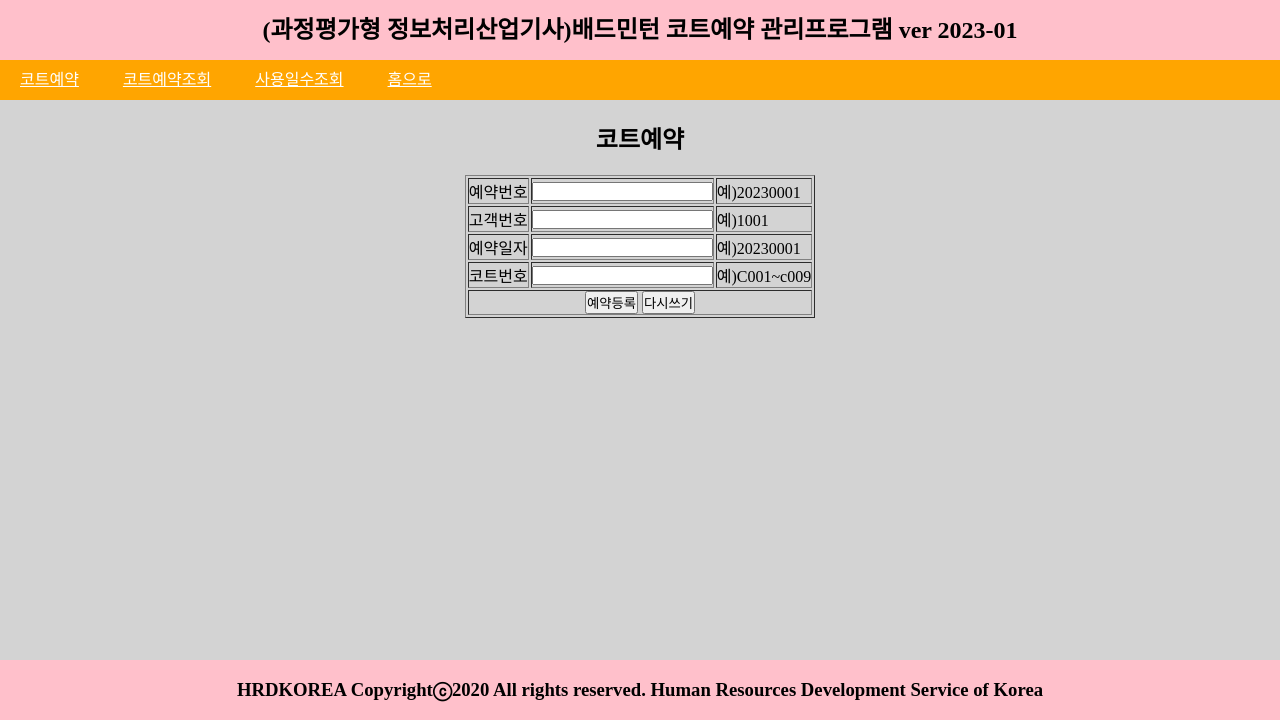
Repository: smh070519/school_project
Page: http://localhost/task/insert.jsp
The author's editor kept a copy of each file at every save. The page is drawn from the files as they stood at one save, then again after the next save.
The browser window is 1280 px wide. The pictures show the whole page.
The page is served by Tomcat 9. Other server files are loaded and not shown.

Above is the page before, as saved 2025-08-14 00:22:27.
Not found: task/task/script.js

### task/src/main/webapp/insert.jsp
<%@ page language="java" contentType="text/html; charset=UTF-8"
    pageEncoding="UTF-8"%>
<!DOCTYPE html>
<html>
<head>
<meta charset="UTF-8">
<title>insert</title>
<style>
	*{
		margin : 0;
		padding : 0;
	}


	section{
		width: 100%;
		height: calc(100vh - 160px);
		background-color: lightgray;
	}
	section h2{
		text-align: center;
		padding: 20px;
	}
	section form{
		display: flex;
		justify-content: center;
	}

</style>
</head>
<body>
	<jsp:include page="header.jsp"></jsp:include>
	<jsp:include page="nav.jsp"></jsp:include>
	<section>
		<h2> 코트예약 </h2>
		<form name="frm" method="post" action="insert">
			<table border="1">
				<tr>
					<td>예약번호</td>
					<td><input type="text" name="resv_no"></td>
					<td>예)20230001</td>
				</tr>
				<tr>
					<td>고객번호</td>
					<td><input type="text" name="cust_no"></td>
					<td>예)1001</td>
				</tr>
				<tr>
					<td>예약일자</td>
					<td><input type="text" name="resv_date"></td>
					<td>예)20230001</td>
				</tr>
				<tr>
					<td>코트번호</td>
					<td><input type="text" name="court_no"></td>
					<td>예)C001~c009</td>
				</tr>
				<tr>
					<td colspan="3" style="text-align:center">
						<input type="button" value="예약등록" onclick="checkResv()">
						<input type="button" value="다시쓰기" onclick="resetResv()">
					</td>
				</tr>
			</table>
		</form>
	</section>
	<jsp:include page="footer.jsp"></jsp:include>
	<script type="text/javascript" src="script.js"></script>
</body>
</html>

### task/src/main/webapp/header.jsp
<%@ page language="java" contentType="text/html; charset=UTF-8"
    pageEncoding="UTF-8"%>
<!DOCTYPE html>
<html>
<head>
<meta charset="UTF-8">
<title>header</title>
<style>
header{
		width: 100%;
		height: 60px;
		background-color: pink;
		text-align: center;
		line-height: 60px;
	}


</style>
</head>
<body>
<header>
		<h2>(과정평가형 정보처리산업기사)배드민턴 코트예약 관리프로그램 ver 2023-01</h2>
	</header>
</body>
</html>

### task/src/main/webapp/nav.jsp
<%@ page language="java" contentType="text/html; charset=UTF-8"
	pageEncoding="UTF-8"%>
<!DOCTYPE html>
<html>
<head>
<meta charset="UTF-8">
<title>nav</title>
<style>
nav {
	width: 100%;
	height: 40px;
	background-color: orange;
	line-height: 40px;
}

nav a {
	color: white;
	padding: 0 20px;
}
</style>
</head>
<body>
	<nav>
		<a href="insert.jsp">코트예약</a>
		<a href="resvlist.jsp">코트예약조회</a>
		<a href="count.jsp">사용일수조회</a>
		<a href="index.jsp">홈으로</a>
	</nav>
</body>
</html>

### task/src/main/webapp/footer.jsp
<%@ page language="java" contentType="text/html; charset=UTF-8"
    pageEncoding="UTF-8"%>
<!DOCTYPE html>
<html>
<head>
<meta charset="UTF-8">
<title>footer</title>
<style>
	footer{
		width: 100%;
		height: 60px;
		background-color: pink;
		text-align: center;
		line-height: 60px;
	}
</style>
</head>
<body>
<footer>
		<h3>HRDKOREA Copyrightⓒ2020 All rights reserved. Human Resources Development Service of Korea</h3>
	</footer>
</body>
</html>

After the next save:
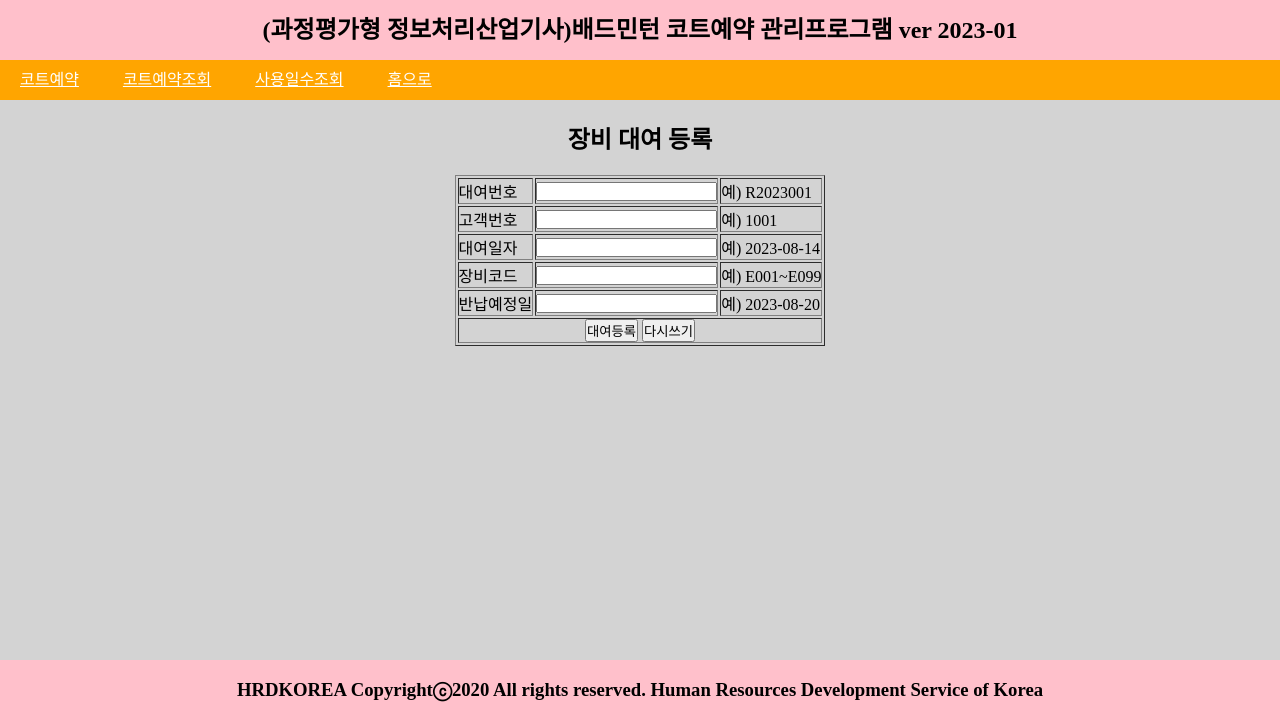
Not found: task/task/equipmentScript.js
Saved 115 s later.
--- a/task/src/main/webapp/insert.jsp
+++ b/task/src/main/webapp/insert.jsp
@@ -4,67 +4,74 @@
 <html>
 <head>
 <meta charset="UTF-8">
-<title>insert</title>
+<title>장비 대여</title>
 <style>
-	*{
-		margin : 0;
-		padding : 0;
-	}
+    * {
+        margin: 0;
+        padding: 0;
+    }
 
+    section {
+        width: 100%;
+        height: calc(100vh - 160px);
+        background-color: lightgray;
+    }
 
-	section{
-		width: 100%;
-		height: calc(100vh - 160px);
-		background-color: lightgray;
-	}
-	section h2{
-		text-align: center;
-		padding: 20px;
-	}
-	section form{
-		display: flex;
-		justify-content: center;
-	}
+    section h2 {
+        text-align: center;
+        padding: 20px;
+    }
 
+    section form {
+        display: flex;
+        justify-content: center;
+    }
 </style>
 </head>
 <body>
-	<jsp:include page="header.jsp"></jsp:include>
-	<jsp:include page="nav.jsp"></jsp:include>
-	<section>
-		<h2> 코트예약 </h2>
-		<form name="frm" method="post" action="insert">
-			<table border="1">
-				<tr>
-					<td>예약번호</td>
-					<td><input type="text" name="resv_no"></td>
-					<td>예)20230001</td>
-				</tr>
-				<tr>
-					<td>고객번호</td>
-					<td><input type="text" name="cust_no"></td>
-					<td>예)1001</td>
-				</tr>
-				<tr>
-					<td>예약일자</td>
-					<td><input type="text" name="resv_date"></td>
-					<td>예)20230001</td>
-				</tr>
-				<tr>
-					<td>코트번호</td>
-					<td><input type="text" name="court_no"></td>
-					<td>예)C001~c009</td>
-				</tr>
-				<tr>
-					<td colspan="3" style="text-align:center">
-						<input type="button" value="예약등록" onclick="checkResv()">
-						<input type="button" value="다시쓰기" onclick="resetResv()">
-					</td>
-				</tr>
-			</table>
-		</form>
-	</section>
-	<jsp:include page="footer.jsp"></jsp:include>
-	<script type="text/javascript" src="script.js"></script>
+    <jsp:include page="header.jsp"></jsp:include>
+    <jsp:include page="nav.jsp"></jsp:include>
+
+    <section>
+        <h2> 장비 대여 등록 </h2>
+        <form name="frm" method="post" action="equipmentInsert">
+            <table border="1">
+                <tr>
+                    <td>대여번호</td>
+                    <td><input type="text" name="rental_no"></td>
+                    <td>예) R2023001</td>
+                </tr>
+                <tr>
+                    <td>고객번호</td>
+                    <td><input type="text" name="cust_no"></td>
+                    <td>예) 1001</td>
+                </tr>
+                <tr>
+                    <td>대여일자</td>
+                    <td><input type="text" name="rental_date"></td>
+                    <td>예) 2023-08-14</td>
+                </tr>
+                <tr>
+                    <td>장비코드</td>
+                    <td><input type="text" name="equip_code"></td>
+                    <td>예) E001~E099</td>
+                </tr>
+                <tr>
+                    <td>반납예정일</td>
+                    <td><input type="text" name="return_due"></td>
+                    <td>예) 2023-08-20</td>
+                </tr>
+                <tr>
+                    <td colspan="3" style="text-align:center">
+                        <input type="button" value="대여등록" onclick="checkRental()">
+                        <input type="button" value="다시쓰기" onclick="resetForm()">
+                    </td>
+                </tr>
+            </table>
+        </form>
+    </section>
+
+    <jsp:include page="footer.jsp"></jsp:include>
+    <script type="text/javascript" src="equipmentScript.js"></script>
 </body>
 </html>
